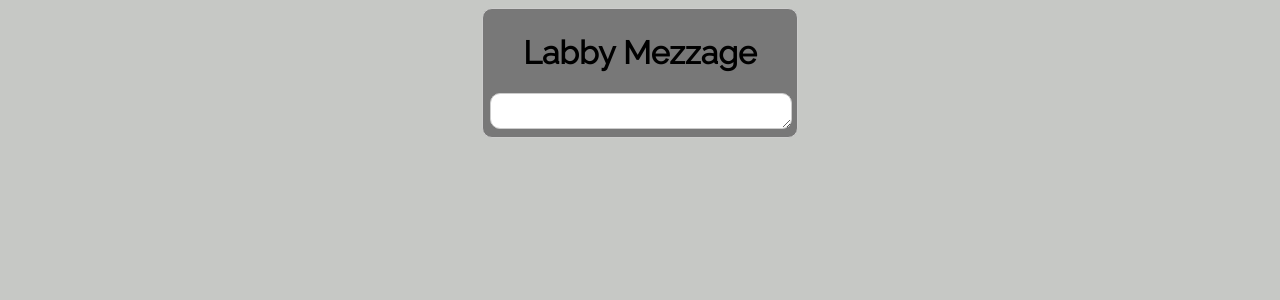
Repository: Angamanga/1dv403-laborationer
Page: 2-labbymezzage/index.html
The author's editor kept a record of every edit. The page is drawn from the files as they stood at one moment, then again after the next edit.
The browser window is 1280 px wide. The pictures show the whole page.
Some web fonts or font styles are not loaded; a fallback is used.

Above is the page before.
Console error: TypeError: Cannot read properties of null (reading 'addEventListener')

After the next edit:
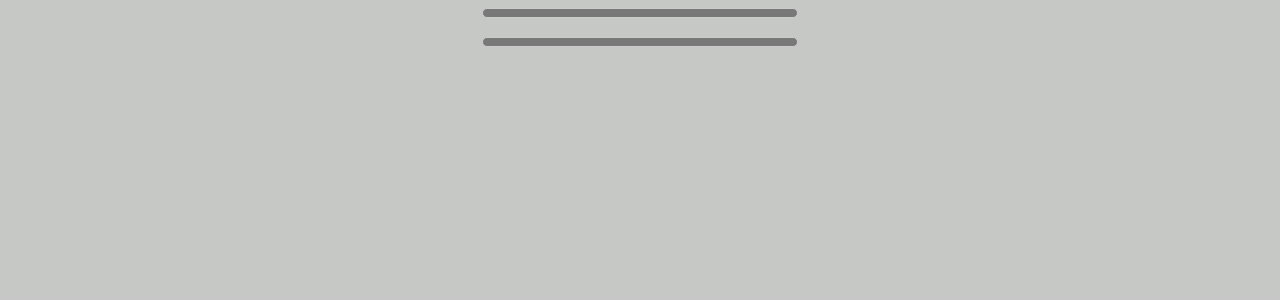
The edit:
--- a/2-labbymezzage/index.html
+++ b/2-labbymezzage/index.html
@@ -17,14 +17,12 @@
 <body>
     <main>
 
-        <div id="board1">
-            <header>
-                <h1>Labby Mezzage</h1>
-            </header>
-            <div class="container"></div>
-            <p class="counter"></p>
-            <textarea class="messageInput"></textarea>
-        </div>
+            <div id="board1">
+            </div>
+
+            <br>
+            <div id="board2">
+            </div>
 
 
     </main>
